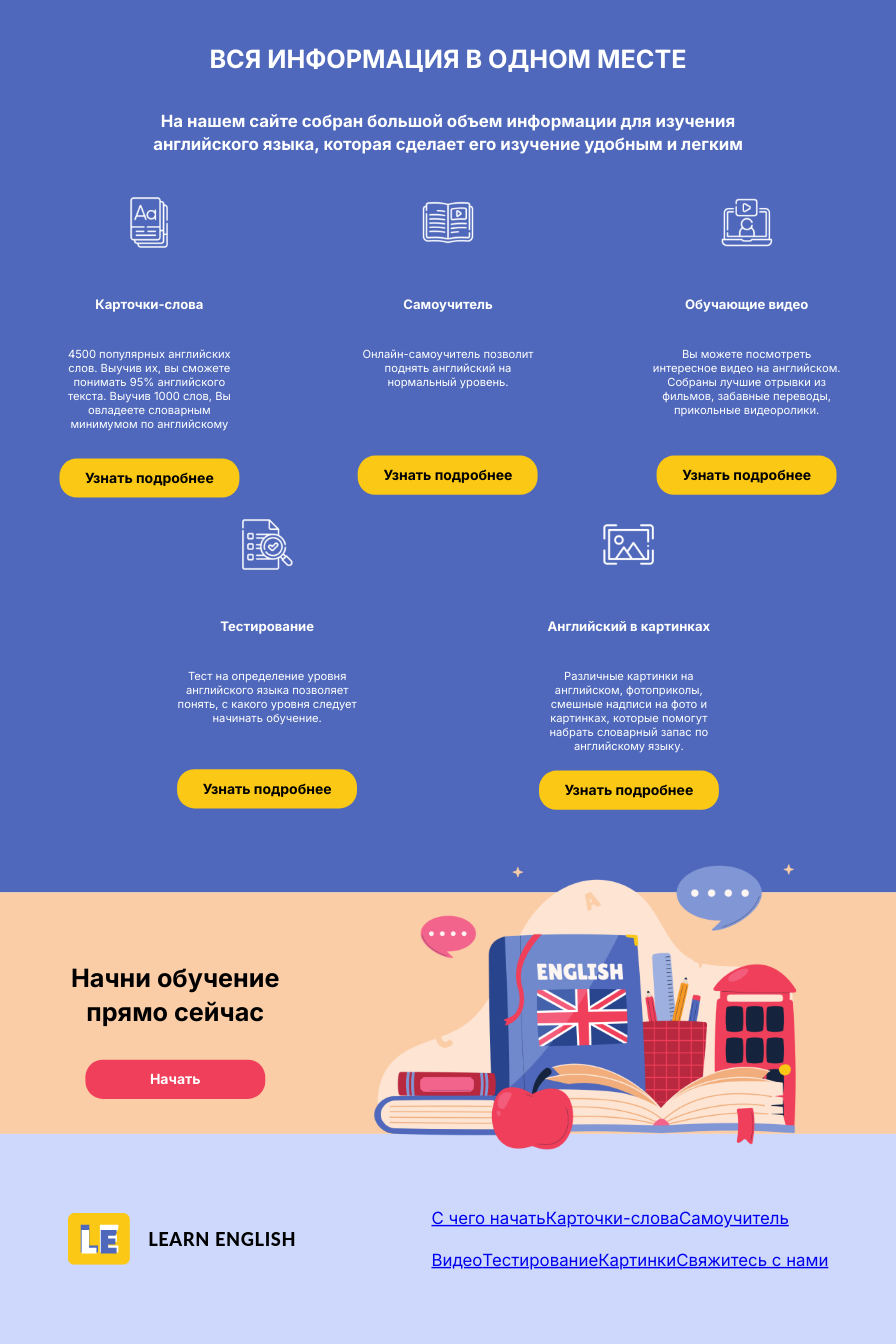
Repository: WladimirVA/Diplom
Page: scool/index.html
The author's editor kept a copy of each file at every save. The page is drawn from the files as they stood at one save, then again after the next save.
The browser window is 1280 px wide. The pictures show the part of the page from y = 1377 to 3297 px (the page is 3297 px tall), at 70% of full size.

Above is the page before, as saved 2023-07-19 15:07:08.

After the next save:
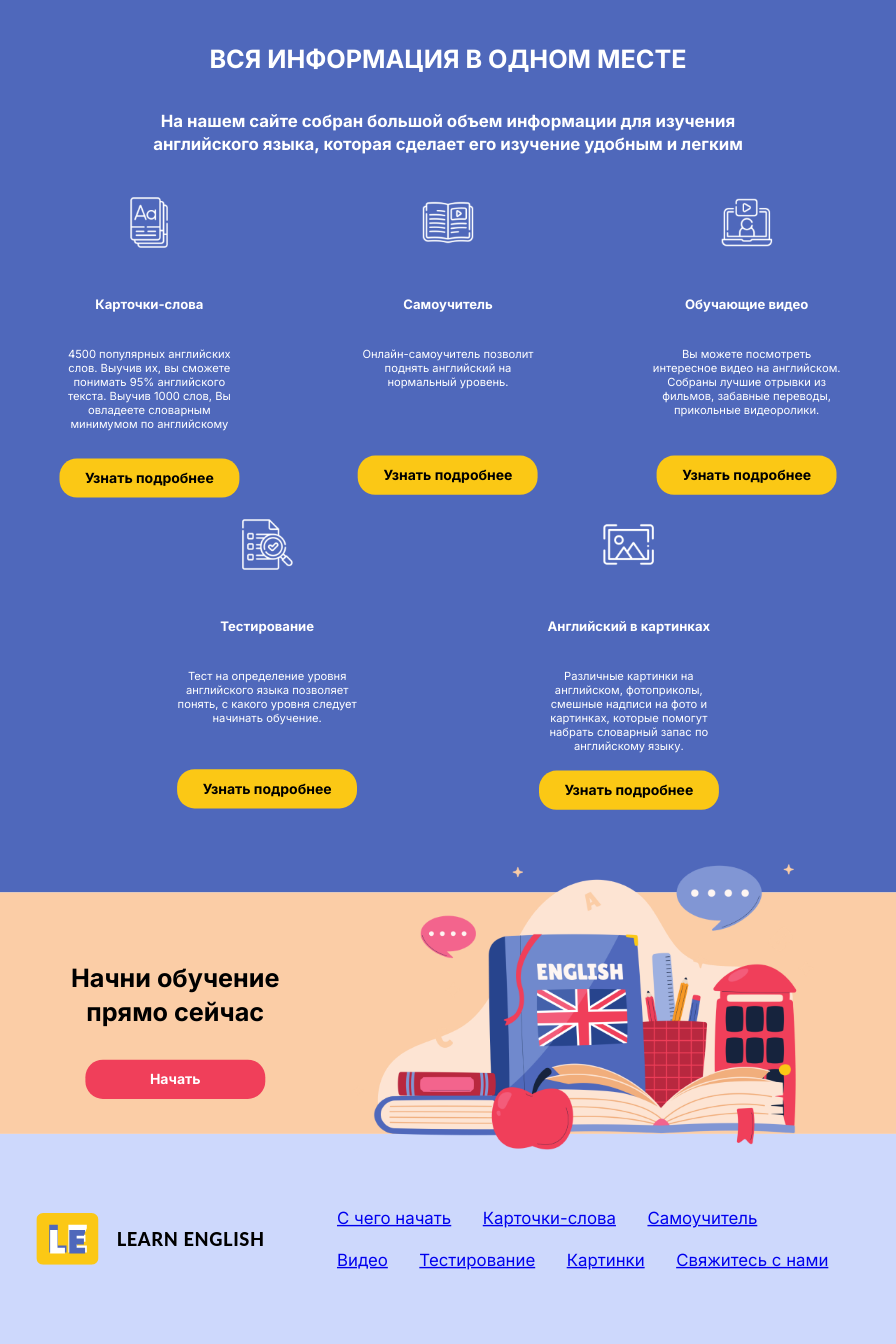
Saved 63 s later.
--- a/scool/css/index.css
+++ b/scool/css/index.css
@@ -387,5 +387,5 @@ ul.ddropdownn .ddropdownn-inside a:hover {/* Цвет фона изменитс
 }
 
 .ddropdownn-footer li{
-    padding: 0 0 0 0;
-}
+    padding: 0 45px 0 0;
+}
